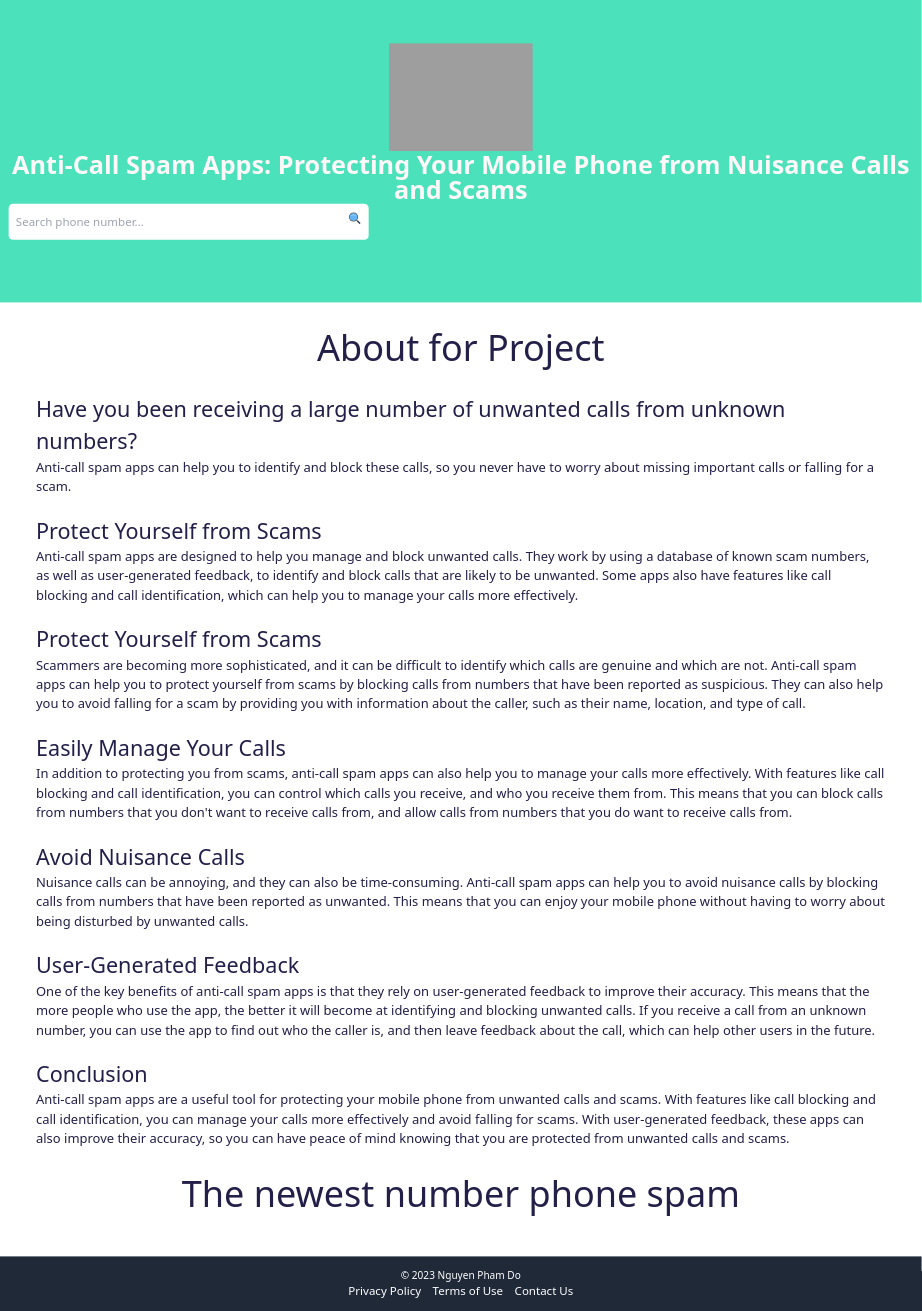
Repository: NPham1402/Web-user-callSpamBlocker
Page: /
The author's editor kept a copy of each file at every save. The page is drawn from the files as they stood at one save, then again after the next save.
The browser window is 1280 px wide. The pictures show the whole page, at 72% of full size.
Pictures or frames that could not be fetched are drawn as grey boxes. The page's requests for data from a server got no answer. The project was rebuilt for these pictures with package versions that can differ from the ones it lists, and the page was loaded fresh each time. The framework's server and built-in components were replaced by stand-ins that run in the browser. No one was signed in, and anything a server would have sent is missing. Also part of the build but not shown: next.config.js, styles/Home.module.css, pages/detail.js, pages/components/numberPhone.js.

Above is the page before, as saved 2023-02-09 21:06:03.

### pages/index.js
import Head from "next/head";
import Image from "next/image";
import { Inter } from "@next/font/google";
import styles from "../styles/Home.module.css";
import NumberPhone from "./components/numberPhone";
import { useEffect, useState } from "react";
import axios from "axios";
import { FcSearch } from "react-icons/fc";

const inter = Inter({ subsets: ["latin"] });

export default function Home() {
  const [data, setData] = useState(null);
  const [loading, setLoading] = useState(true);
  useEffect(() => {
    axios.get("http://localhost:3000/api/getnumber").then((value) => {
      console.log(value.data);
      setData(value.data);
      setLoading(false);
    });
  }, []);
  return (
    <>
      <Head>
        <title>Check number spam</title>
        <meta name="description" content="Generated by create next app" />
        <meta name="viewport" content="width=device-width, initial-scale=1" />
        <link rel="icon" href="/favicon.ico" />
      </Head>
      <main className="relative">
        <div className="w-100 h-[420px] bg-[#4BE1BA]">
          <img
            src="https://static.callblocker.org/img/logo.png"
            className="mx-auto pt-[60px] w-[200px]"
          />
          <p className="text-center leading-none font-Raleway font-semibold text-[35px] text-[#FFF8F8] ">
            Anti-Call Spam Apps: Protecting Your Mobile Phone from Nuisance
            Calls and Scams
          </p>
          <div className="flex flex-row p-[10px] rounded-[6px] text-center  w-[500px] h-[50px] ml-[12px] mt-[3px] bg-white">
            <input
              className="w-full h-full "
              placeholder="Search phone number..."
            />
            <FcSearch className="text-[20px]" />
          </div>
        </div>
        <div className="font px-[50px]">
          <p className="font-medium text-[50px] text-center text-[#221f49]  pt-[25px]">
            About for Project
          </p>
          <p className="font-medium text-[#221f49] text-[30px]  pt-[25px]">
            Have you been receiving a large number of unwanted calls from
            unknown numbers?
          </p>
          <p className=" text-[18px] text-[#221f49]">
            Anti-call spam apps can help you to identify and block these calls,
            so you never have to worry about missing important calls or falling
            for a scam.
          </p>
          <p className="font-medium text-[30px] text-[#221f49]  pt-[25px]">
            Protect Yourself from Scams
          </p>
          <p className=" text-[18px]  text-[#221f49]  ">
            Anti-call spam apps are designed to help you manage and block
            unwanted calls. They work by using a database of known scam numbers,
            as well as user-generated feedback, to identify and block calls that
            are likely to be unwanted. Some apps also have features like call
            blocking and call identification, which can help you to manage your
            calls more effectively.
          </p>
          <p className="font-medium text-[30px] text-[#221f49]  pt-[25px]">
            Protect Yourself from Scams
          </p>
          <p className=" text-[18px] text-[#221f49]  ">
            Scammers are becoming more sophisticated, and it can be difficult to
            identify which calls are genuine and which are not. Anti-call spam
            apps can help you to protect yourself from scams by blocking calls
            from numbers that have been reported as suspicious. They can also
            help you to avoid falling for a scam by providing you with
            information about the caller, such as their name, location, and type
            of call.
          </p>
          <p className="font-medium text-[30px] text-[#221f49]  pt-[25px]">
            Easily Manage Your Calls
          </p>
          <p className=" text-[18px] text-[#221f49]  ">
            In addition to protecting you from scams, anti-call spam apps can
            also help you to manage your calls more effectively. With features
            like call blocking and call identification, you can control which
            calls you receive, and who you receive them from. This means that
            you can block calls from numbers that you don't want to receive
            calls from, and allow calls from numbers that you do want to receive
            calls from.
          </p>
          <p className="font-medium text-[30px] text-[#221f49]  pt-[25px]">
            Avoid Nuisance Calls
          </p>
          <p className=" text-[18px] text-[#221f49]  ">
            Nuisance calls can be annoying, and they can also be time-consuming.
            Anti-call spam apps can help you to avoid nuisance calls by blocking
            calls from numbers that have been reported as unwanted. This means
            that you can enjoy your mobile phone without having to worry about
            being disturbed by unwanted calls.
          </p>
          <p className="font-medium text-[30px] text-[#221f49]  pt-[25px]">
            User-Generated Feedback
          </p>
          <p className=" text-[18px] text-[#221f49]  ">
            One of the key benefits of anti-call spam apps is that they rely on
            user-generated feedback to improve their accuracy. This means that
            the more people who use the app, the better it will become at
            identifying and blocking unwanted calls. If you receive a call from
            an unknown number, you can use the app to find out who the caller
            is, and then leave feedback about the call, which can help other
            users in the future.
          </p>
          <p className="font-medium text-[30px] text-[#221f49]  pt-[25px]">
            Conclusion
          </p>
          <p className=" text-[18px] text-[#221f49]  ">
            Anti-call spam apps are a useful tool for protecting your mobile
            phone from unwanted calls and scams. With features like call
            blocking and call identification, you can manage your calls more
            effectively and avoid falling for scams. With user-generated
            feedback, these apps can also improve their accuracy, so you can
            have peace of mind knowing that you are protected from unwanted
            calls and scams.
          </p>
          <p className="font-medium text-[50px] text-center text-[#221f49]  pt-[25px]">
            The newest number phone spam
          </p>
          <div className="flex flex-row flex-wrap justify-center">
            {loading === false &&
              data.map((value) => (
                <NumberPhone
                  zone={value.zone}
                  country={value.country}
                  numberPhone={value.phone_number}
                  provider={value.provider}
                  key={value._id}
                  id={value._id}
                />
              ))}
          </div>
        </div>
      </main>
      <footer class="bg-gray-800 mt-[50px] text-white py-4">
        <div class="container mx-auto">
          <p class="text-center text-sm">&copy; 2023 Nguyen Pham Do</p>
          <div class="flex justify-center">
            <a href="#" class="text-white mx-2">
              Privacy Policy
            </a>
            <a href="#" class="text-white mx-2">
              Terms of Use
            </a>
            <a href="#" class="text-white mx-2">
              Contact Us
            </a>
          </div>
        </div>
      </footer>
    </>
  );
}

### styles/globals.css
@tailwind base;
@tailwind components;
@tailwind utilities;
@import url('https://fonts.googleapis.com/css2?family=Raleway:ital&display=swap');

Loaded but not shown: pages/_app.js (common file); pages/_document.js (common file); tailwind.config.js (common file)

After the next save:
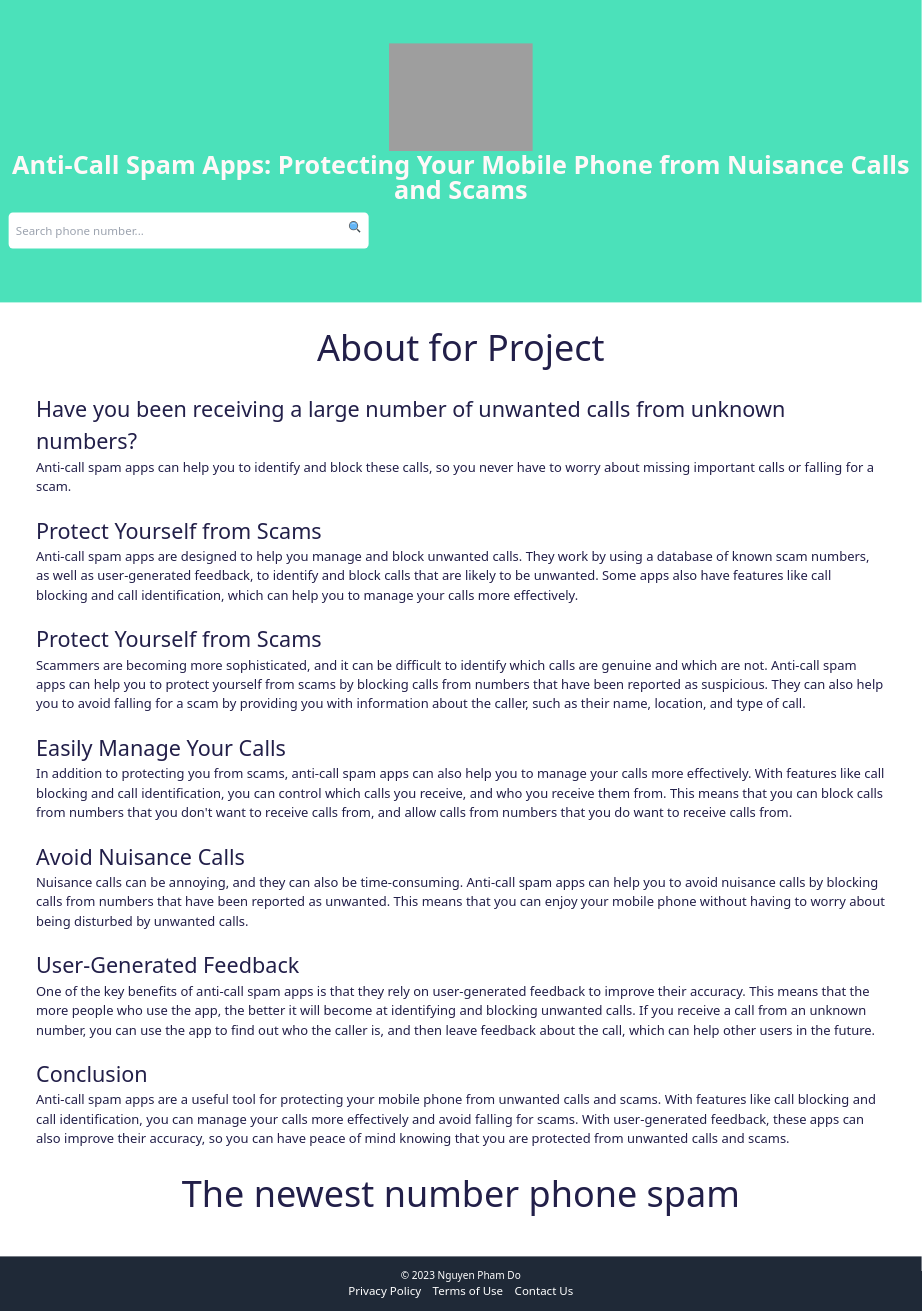
Saved 25 s later.
--- a/pages/index.js
+++ b/pages/index.js
@@ -37,7 +37,7 @@ export default function Home() {
             Anti-Call Spam Apps: Protecting Your Mobile Phone from Nuisance
             Calls and Scams
           </p>
-          <div className="flex flex-row p-[10px] rounded-[6px] text-center  w-[500px] h-[50px] ml-[12px] mt-[3px] bg-white">
+          <div className="flex flex-row p-[10px] rounded-[6px] text-center   w-[500px] h-[50px] ml-[12px] mt-[15px] bg-white">
             <input
               className="w-full h-full "
               placeholder="Search phone number..."
